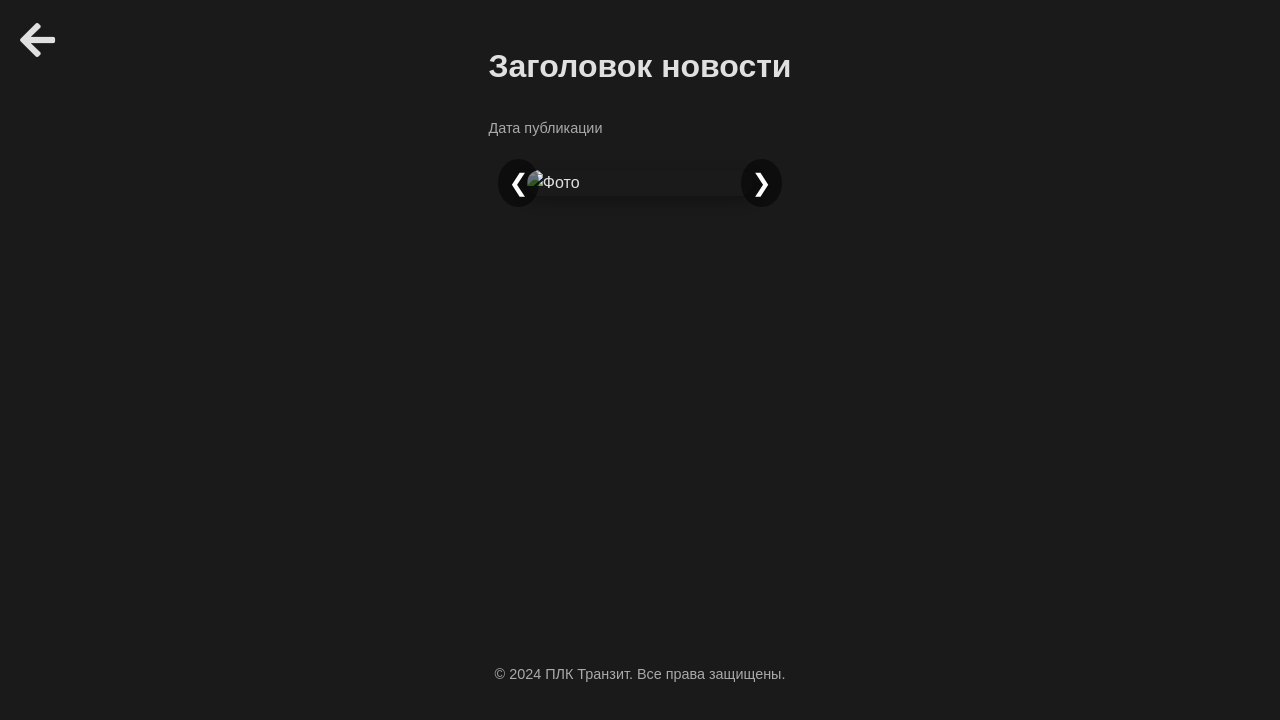
Repository: MaratLK/PLKFrontend
Page: news.html
These files come from the project's save history. The page is drawn as it stood at one moment and after the next save; the edit follows.
The browser window is 1280 px wide. The pictures show the whole page.

Above is the page before, as saved 2024-09-29 19:11:16.

After the next save:
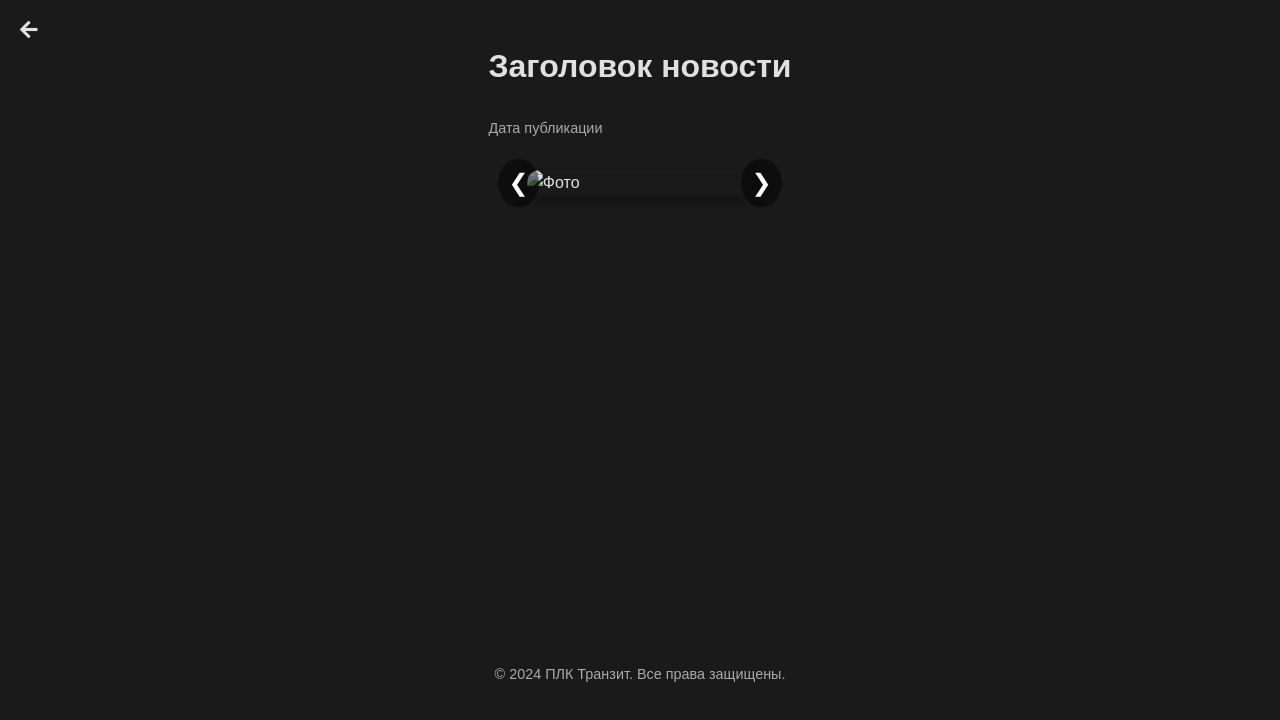
Saved 12 s later.
--- a/news.css
+++ b/news.css
@@ -134,7 +134,7 @@
     position: absolute;
     top: 20px; /* Отступ сверху */
     left: 20px; /* Отступ слева */
-    font-size: 40px; /* Увеличиваем размер кнопки */
+    font-size: 20px; /* Увеличиваем размер кнопки */
     color: #e0e0e0;
     background: none; /* убираем фон */
     border: none; /* убираем бордер */
